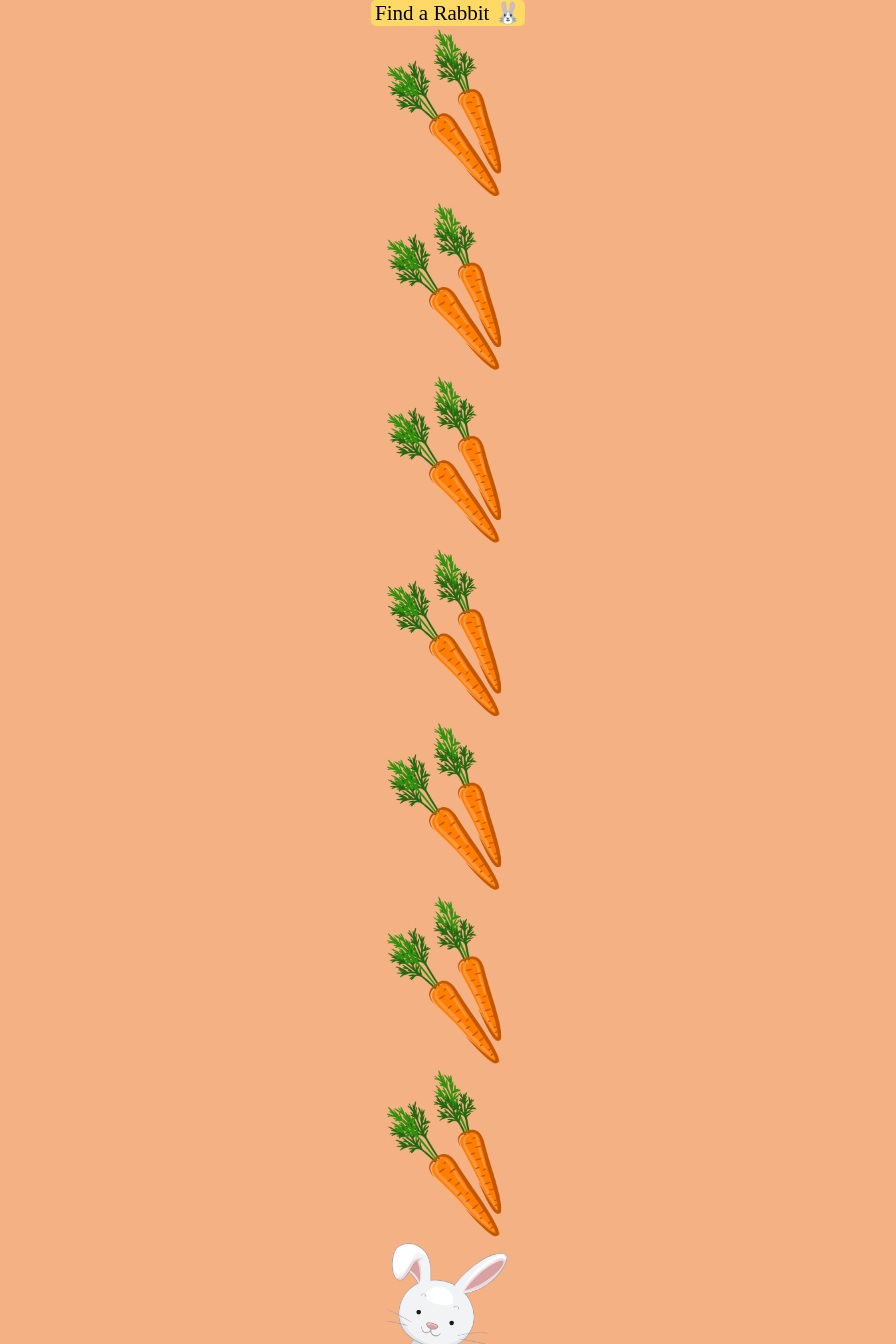
Repository: sephinejo/frontend-browser-101
Page: browser/practice-find-rabbit/index.html
These files come from the project's save history. The page is drawn as it stood at one moment and after the next save; the edit follows.
The browser window is 1280 px wide. The pictures show the part of the page from y = 0 to 1920 px (the page is 2978 px tall), at 70% of full size.
Some web fonts or font styles are not loaded; a fallback is used.

Above is the page before, as saved 2023-05-10 21:15:24.

### browser/practice-find-rabbit/index.html
<!DOCTYPE html>
<html lang="en">
  <head>
    <meta charset="UTF-8" />
    <meta name="viewport" content="width=device-width, initial-scale=1.0" />
    <title>Scroll</title>
    <link rel="preconnect" href="https://fonts.googleapis.com" />
    <link rel="preconnect" href="https://fonts.gstatic.com" crossorigin />
    <link
      href="https://fonts.googleapis.com/css2?family=Alice&display=swap"
      rel="stylesheet"
    />
    <style>
      body {
        margin: 0;
        display: flex;
        flex-direction: column;
        align-items: center;
        background-color: #f4b183;
      }

      button {
        border-style: none;
        border-radius: 7px;
        background-color: #ffd966;
        font-size: 30px;
        font-family: Alice;
      }

      img {
        margin: 5px;
        width: 175px;
      }
    </style>
  </head>
  <body>
    <button>Find a Rabbit 🐰</button>
    <img src="img/carrot.png" alt="carrot" />
    <img src="img/carrot.png" alt="carrot" />
    <img src="img/carrot.png" alt="carrot" />
    <img src="img/carrot.png" alt="carrot" />
    <img src="img/carrot.png" alt="carrot" />
    <img src="img/carrot.png" alt="carrot" />
    <img src="img/carrot.png" alt="carrot" />
    <img src="img/rabbit.png" alt="rabbit" />
    <img src="img/carrot.png" alt="carrot" />
    <img src="img/carrot.png" alt="carrot" />
    <img src="img/carrot.png" alt="carrot" />
    <img src="img/carrot.png" alt="carrot" />

    <script></script>
  </body>
</html>

After the next save:
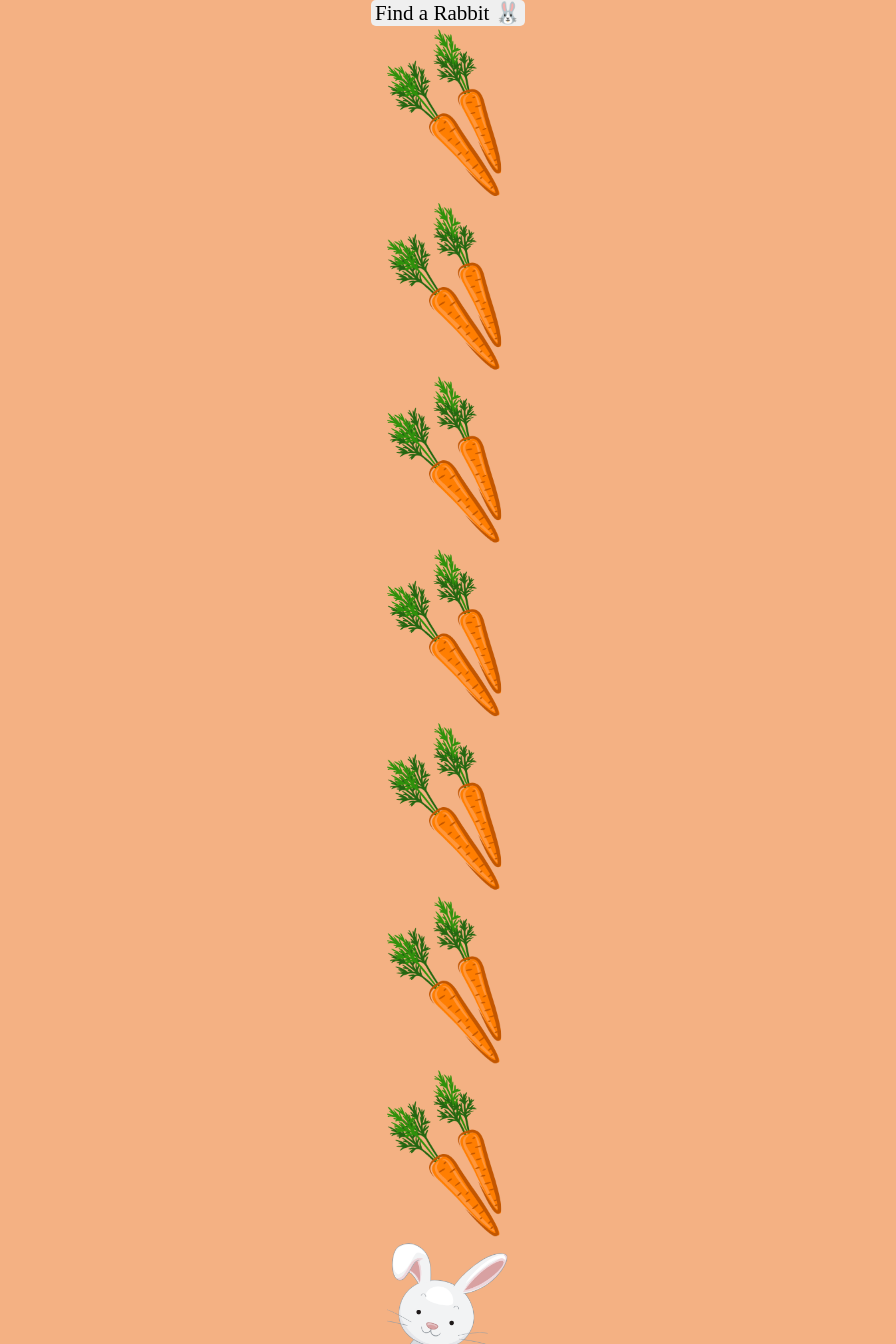
Saved 10 s later.
--- a/browser/practice-find-rabbit/index.html
+++ b/browser/practice-find-rabbit/index.html
@@ -22,6 +22,7 @@
       button {
         border-style: none;
         border-radius: 7px;
+        padding:
         background-color: #ffd966;
         font-size: 30px;
         font-family: Alice;
